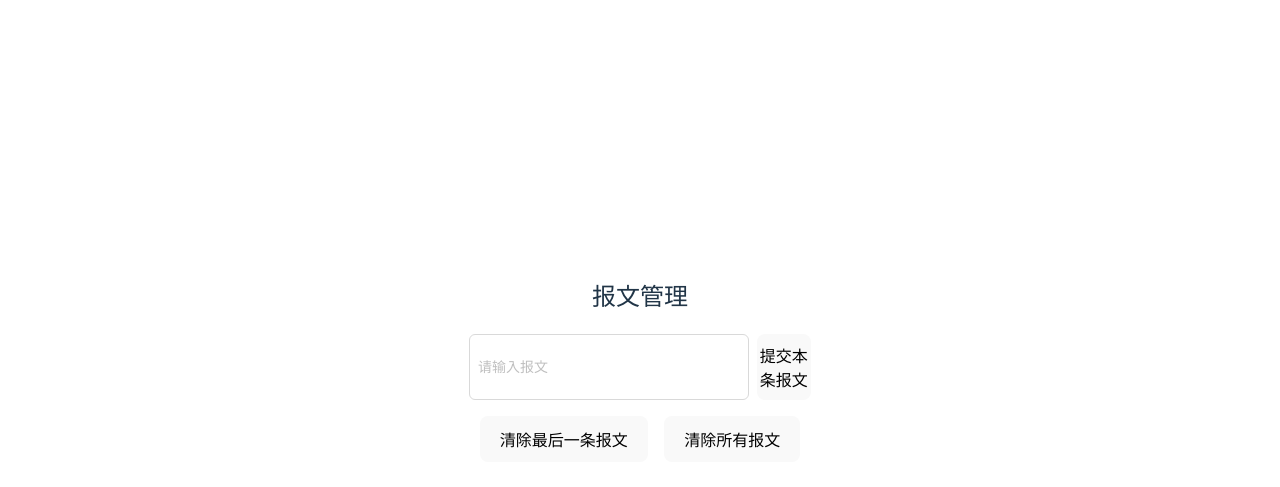
Repository: WUTONK/GoBlogAssignment3
Page: /user/postmodify (app in frontend/)
The author's editor kept a copy of each file at every save. The page is drawn from the files as they stood at one save, then again after the next save.
The browser window is 1280 px wide. The pictures show the whole page.
The project was rebuilt for these pictures with package versions that can differ from the ones it lists, and the page was loaded fresh each time. Also part of the build but not shown: frontend/vite.config.ts, frontend/src/api/runtime.ts, frontend/src/api/models/LoginReq.ts, frontend/src/api/models/LoginRsp.ts, frontend/src/api/models/SqlReq.ts, frontend/src/api/models/SqlRsp.ts, frontend/src/api/models/index.ts, frontend/src/api/apis/DefaultApi.ts and 5 more.

Above is the page before, as saved 2025-07-26 23:49:36.

After the next save:
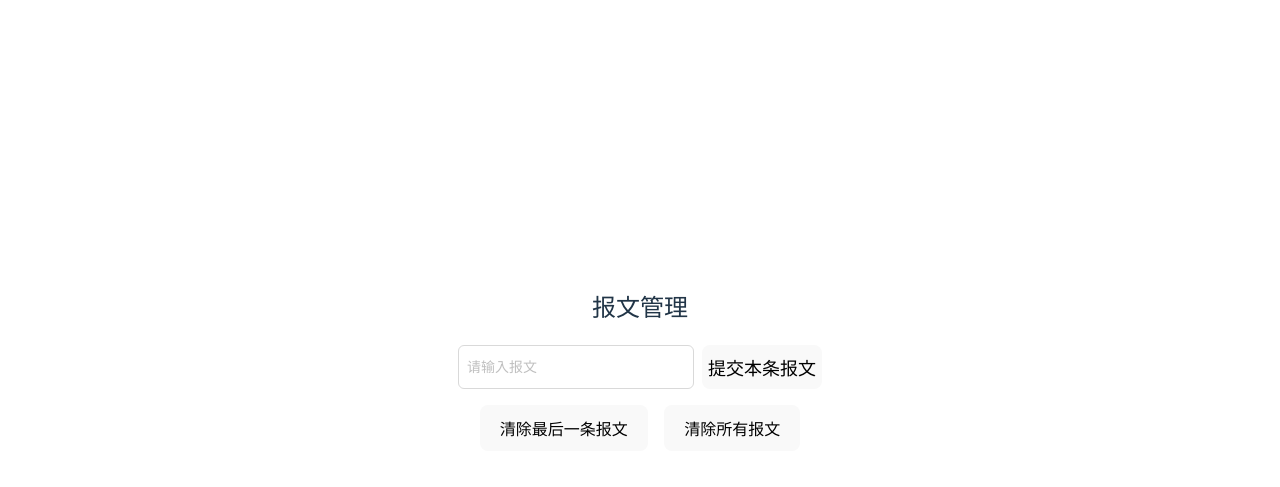
Saved 109 s later.
--- a/frontend/src/PostModifyPage.tsx
+++ b/frontend/src/PostModifyPage.tsx
@@ -21,7 +21,13 @@ function PostModify() {
         />
         <button
           onClick={() => { }}
-          style={{ flex: 1, padding: "8px 0" }}
+          style={{
+            flex: 1,
+            minWidth: 120, // 最小宽度
+            padding: "8px 0",
+            whiteSpace: "nowrap", // 不换行
+            fontSize: 18 // 字体大一点更好看
+          }}
         >
           提交本条报文
         </button>
